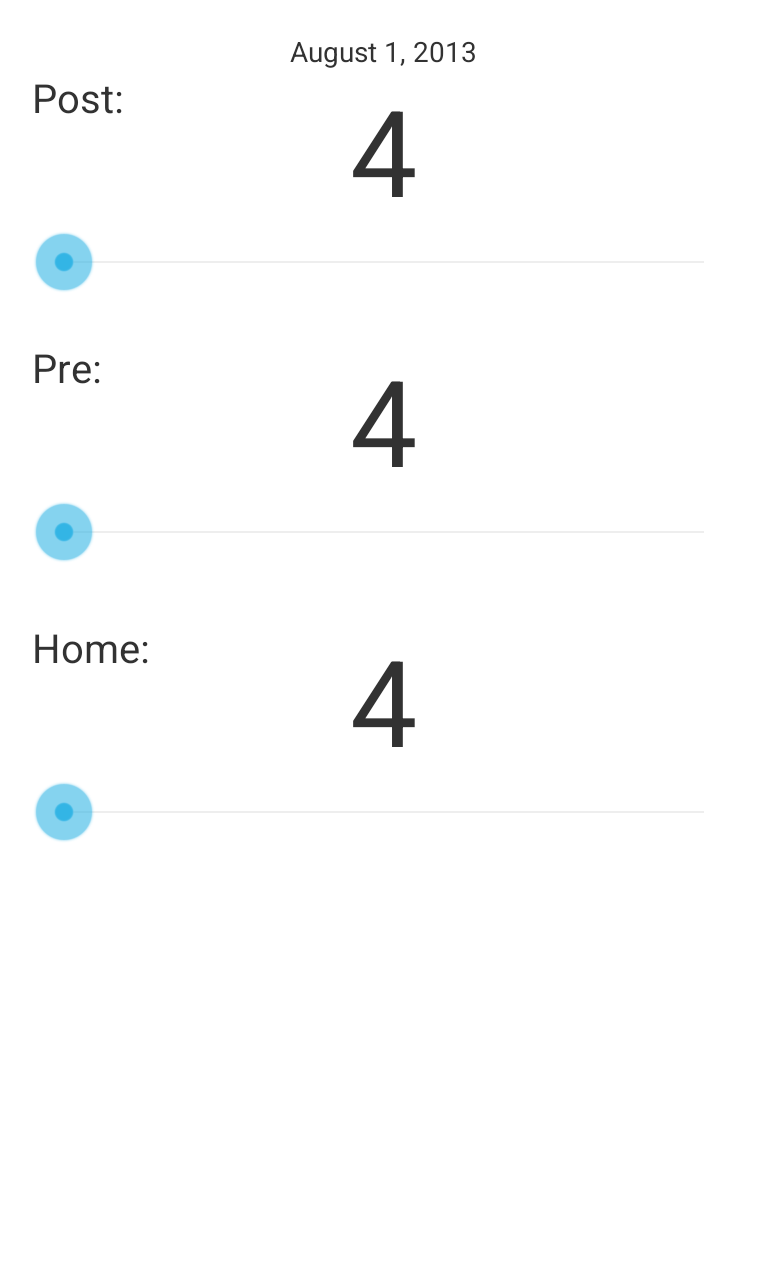
Repository: jemcphe/XCell
Layout: XCell/res/layout/phones.xml
These files come from the project's save history. The layout is drawn as it stood at one moment and after the next save; the edit follows.
It is drawn on a 768 x 1280 px phone screen (xhdpi) without system bars, with theme Theme.Xcell; the app's code is not run.

Above is the layout before, as saved 2013-08-20 17:18:03.

After the next save:
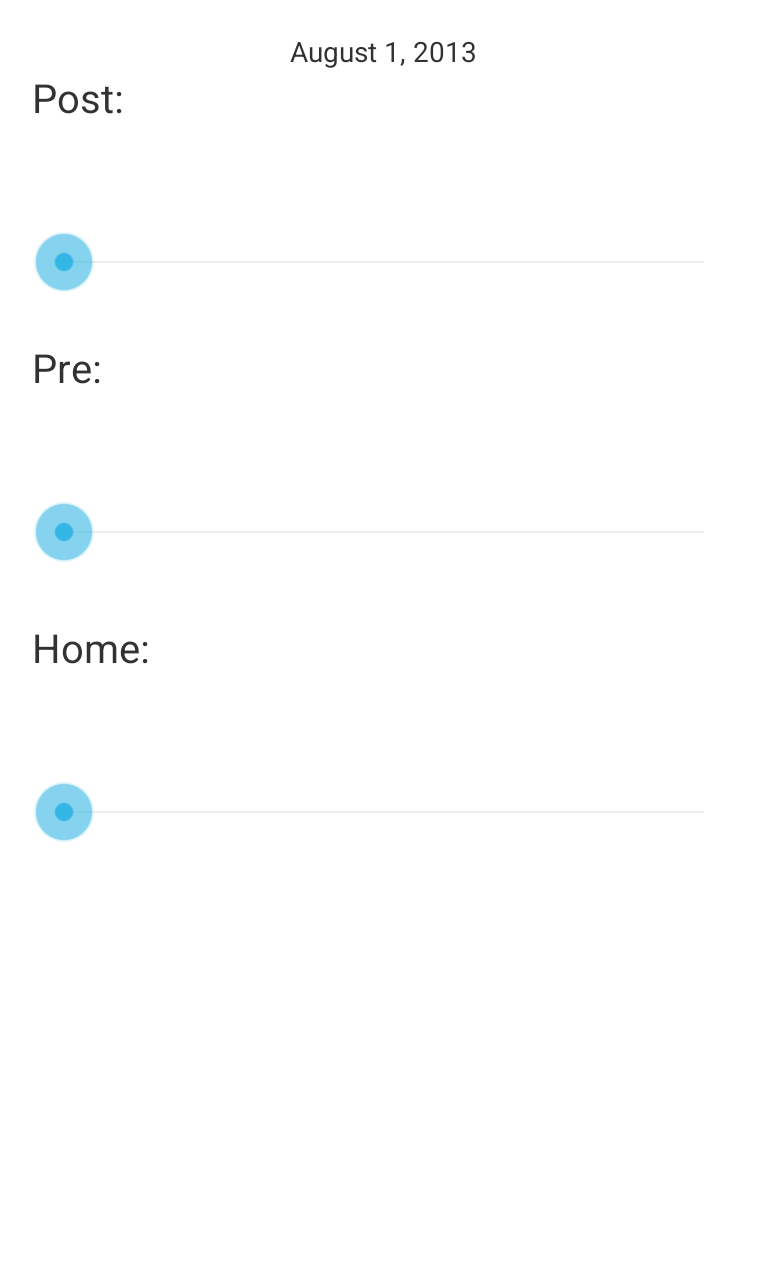
Saved 7 min 26 s later.
--- a/XCell/res/layout/phones.xml
+++ b/XCell/res/layout/phones.xml
@@ -22,7 +22,6 @@
         android:layout_height="wrap_content"
         android:layout_alignLeft="@+id/preValue"
         android:layout_alignTop="@+id/postLabel"
-        android:text="4"
         android:textSize="60sp" />
 
     <SeekBar
@@ -45,7 +44,6 @@
         android:layout_height="wrap_content"
         android:layout_alignTop="@+id/preLabel"
         android:layout_centerHorizontal="true"
-        android:text="4"
         android:textSize="60sp" />
 
     <SeekBar
@@ -61,7 +59,6 @@
         android:layout_height="wrap_content"
         android:layout_alignLeft="@+id/preValue"
         android:layout_alignTop="@+id/homeLabel"
-        android:text="4"
         android:textSize="60sp" />
 
     <TextView
